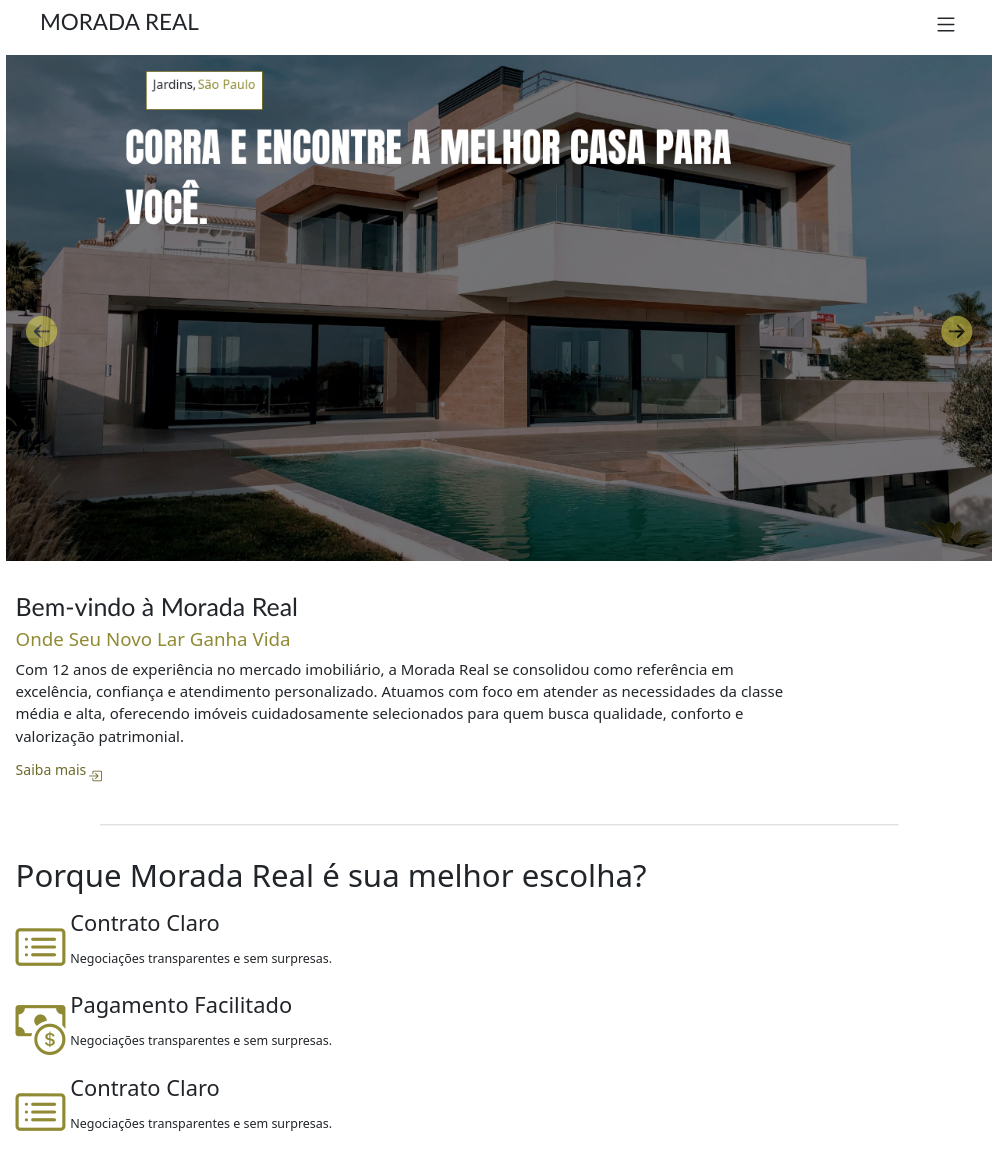
Repository: Mattyns/moradareal
Page: index.html
These files come from the project's save history. The page is drawn as it stood at one moment and after the next save; the edit follows.
The browser window is 1280 px wide. The pictures show the whole page, at 78% of full size.

Above is the page before, as saved 2025-07-13 17:31:49.

After the next save:
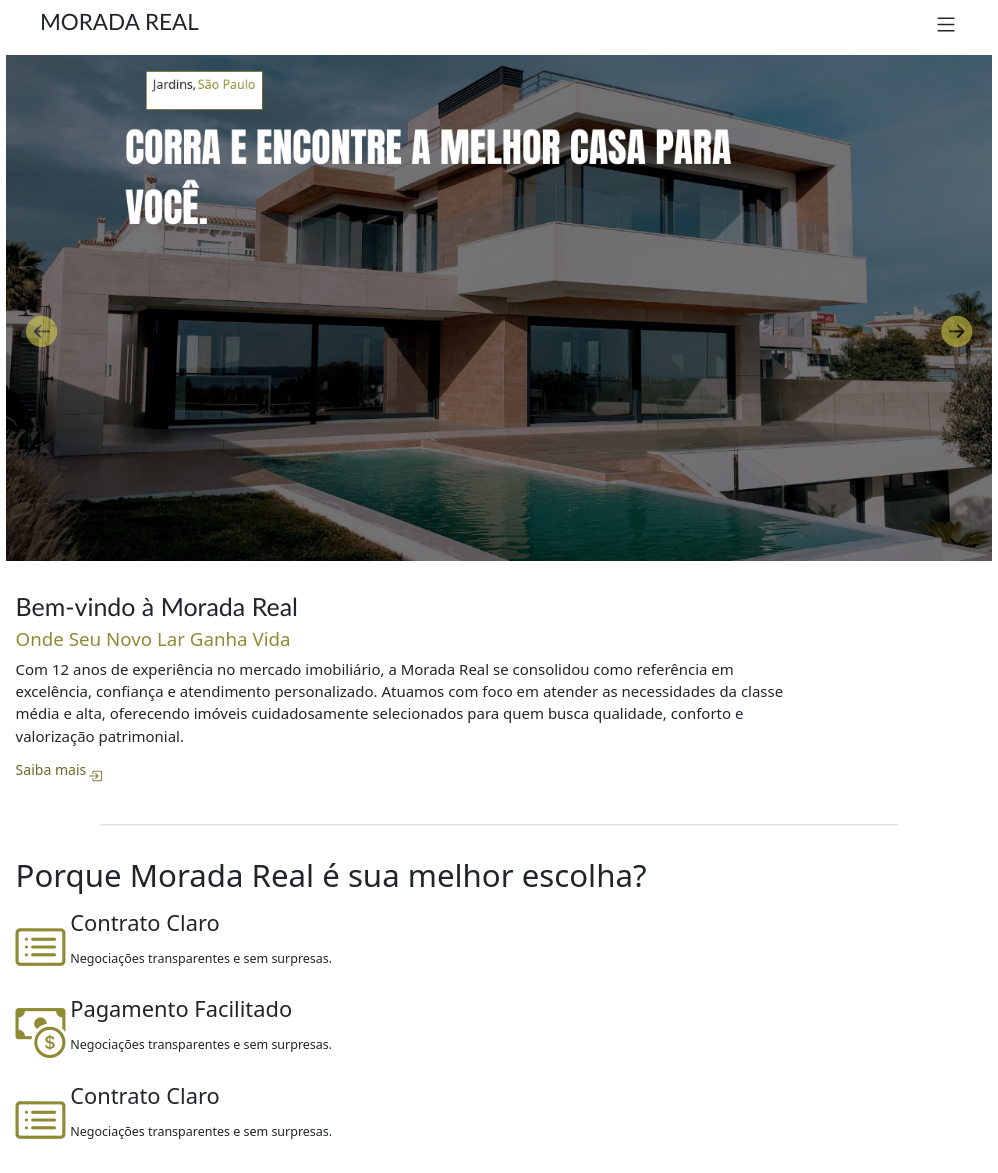
Saved 30 s later.
--- a/style/style.css
+++ b/style/style.css
@@ -209,7 +209,7 @@
   gap: 2px; /* opcional: espaço entre elementos */
   align-items: start;
 
-  margin: 10px auto;
+  margin: 15px auto;
 }
 
 .service__icon {
